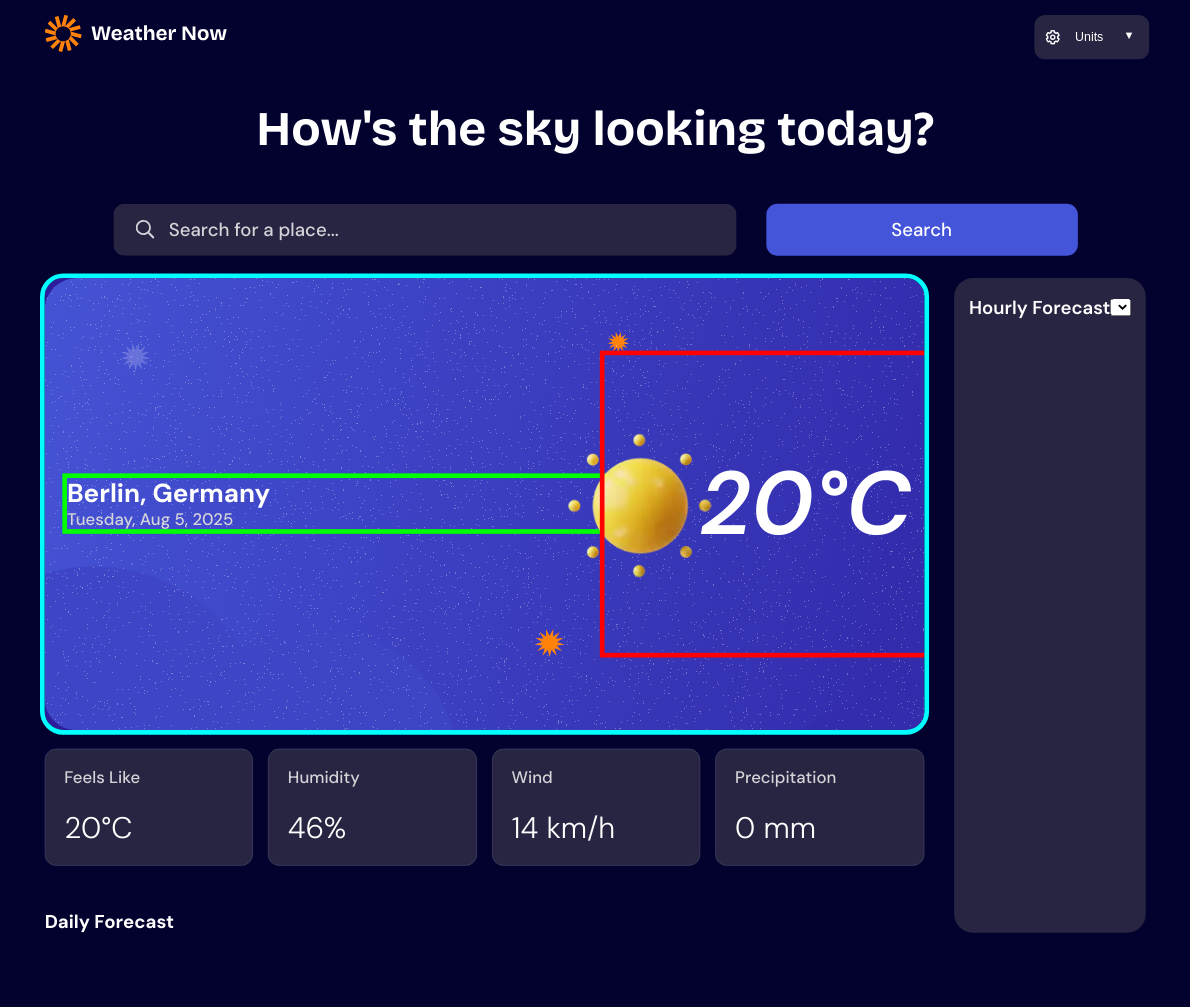
Repository: MKwaak/weather-app-main
Page: index.html
The author's editor kept a copy of each file at every save. The page is drawn from the files as they stood at one save, then again after the next save.
The browser window is 1280 px wide. The pictures show the whole page, at 93% of full size.
The page's requests for data from a server got no answer.

Above is the page before, as saved 2026-01-30 00:20:21.

After the next save:
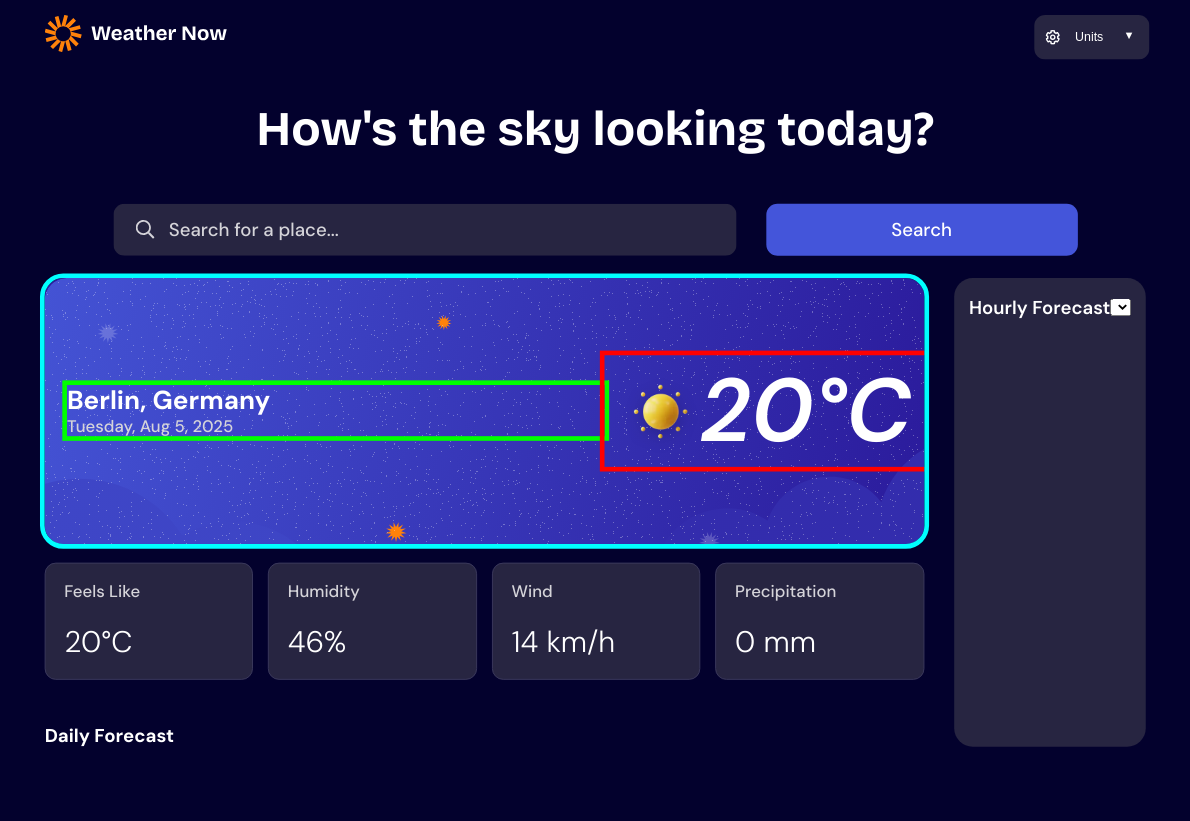
Saved 2 min 39 s later.
--- a/style.css
+++ b/style.css
@@ -480,6 +480,16 @@
         box-sizing: border-box;
       }
 
+      .current__icon {
+        width: 120px;         /* Of de grootte die jij mooi vindt */
+        height: auto;
+        flex-shrink: 0;       /* Cruciaal: dit voorkomt dat de 'gap' het icoon platdrukt */
+        object-fit: contain;  /* Zorgt dat het plaatje niet vervormt */
+
+        /* Optioneel: als je het icoon een beetje schaduw wilt geven voor diepte */
+        filter: drop-shadow(0 4px 8px rgba(0, 0, 0, 0.2));
+      }
+
       /* Temp hoort hier ook in als hij in de rode bak zit */
       .current__temp {
         font-size: var(--fs-96);
